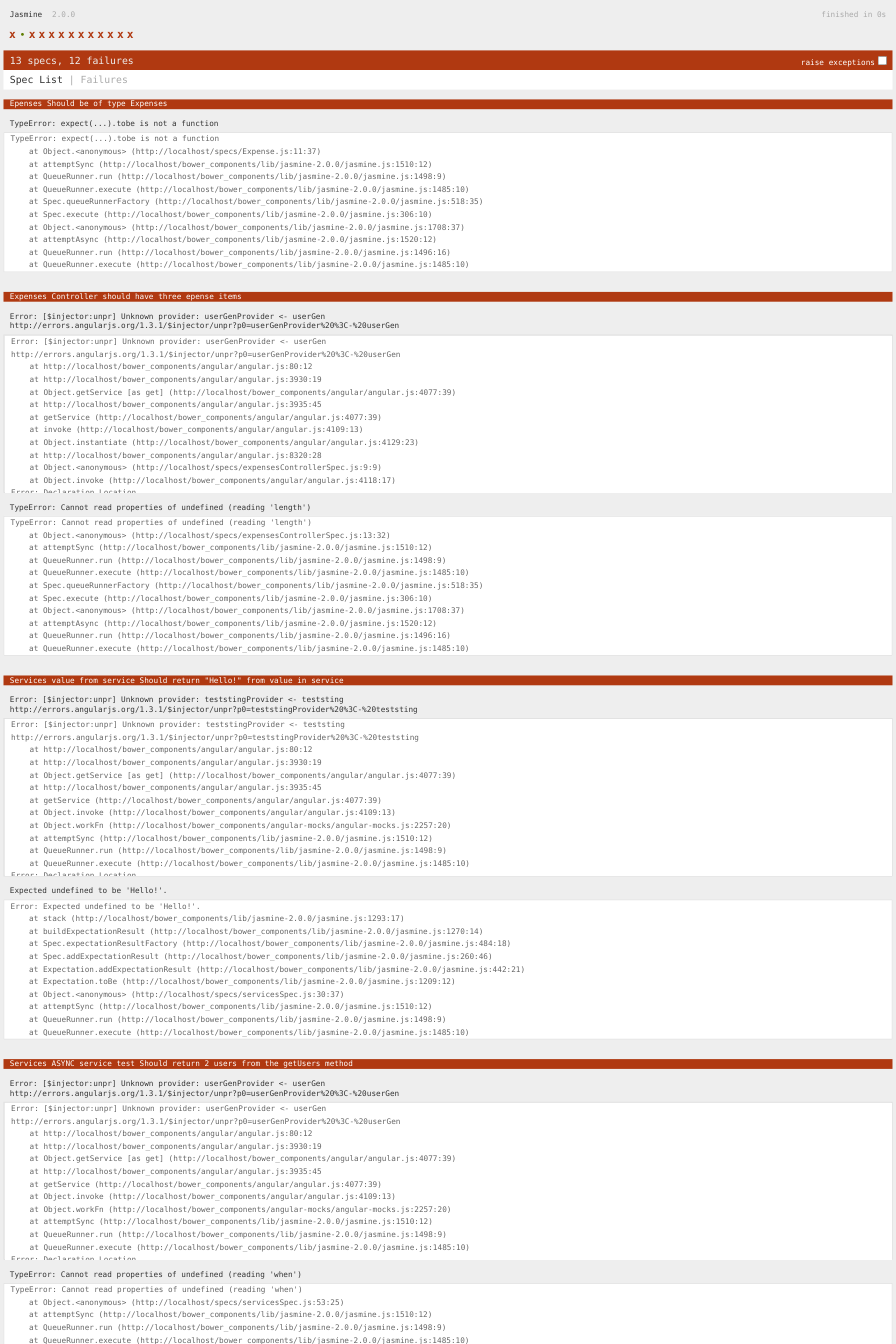
Repository: wesleyduff/angularTestDemo
Page: tests/SpecRunner.html
The author's editor kept a record of every edit. The page is drawn from the files as they stood at one moment, then again after the next edit.
The browser window is 1280 px wide. The pictures show the part of the page from y = 0 to 1920 px (the page is 6381 px tall before and 6106 px after), at 70% of full size.

Above is the page before.

After the next edit:
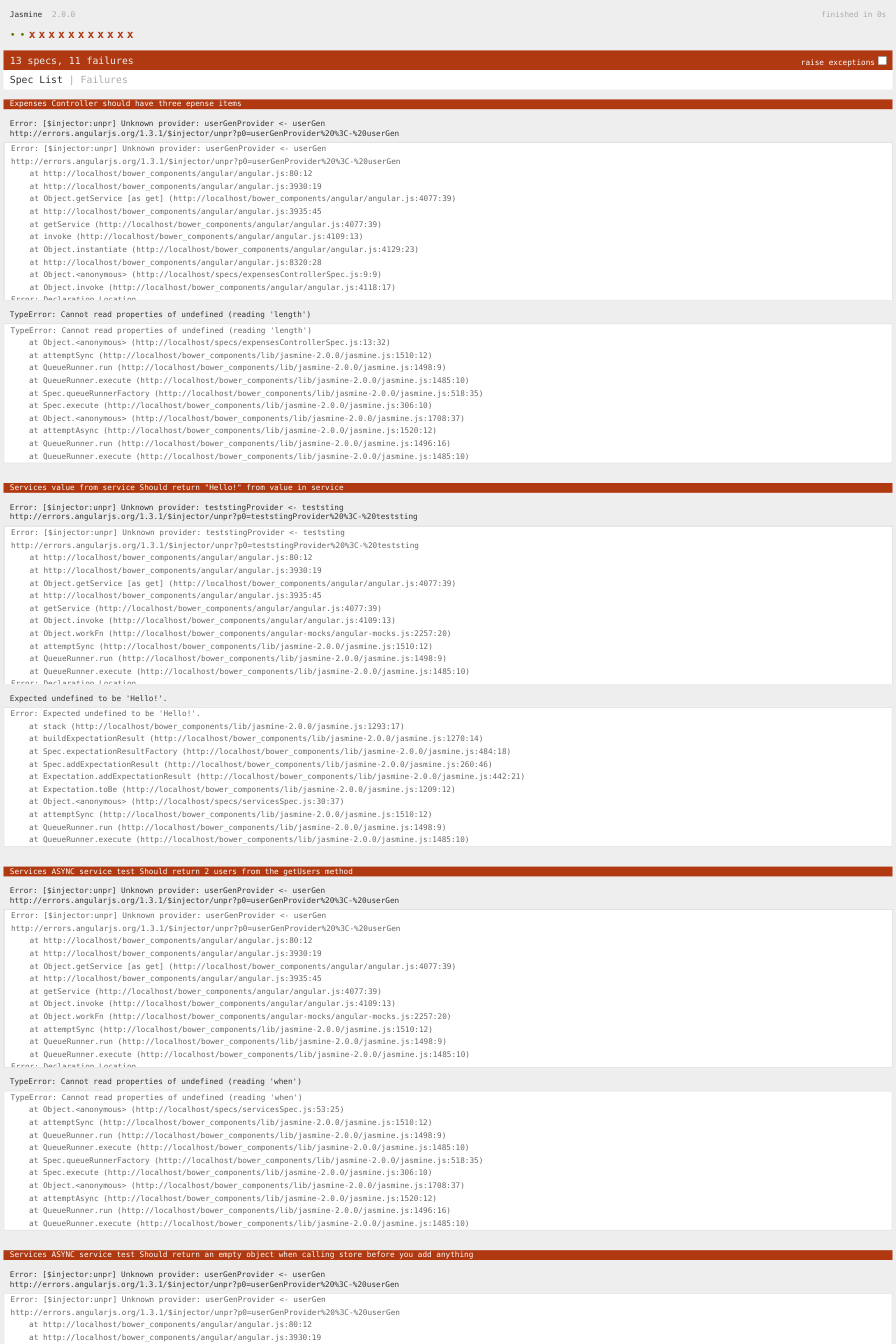
The edit:
--- a/specs/Expense.js
+++ b/specs/Expense.js
@@ -7,8 +7,8 @@
         expense = new Expense(expenseItem);
     });
 
-    it("Should be of type Expenses", function(){
-        expect(expense.expenseItem).tobe(expenseItem);
+    it("Should be of type EpenseItem", function(){
+        expect(expense.expenseItem).toBe(expenseItem);
     });
 
     it("Should have the correct expense amount", function(){
